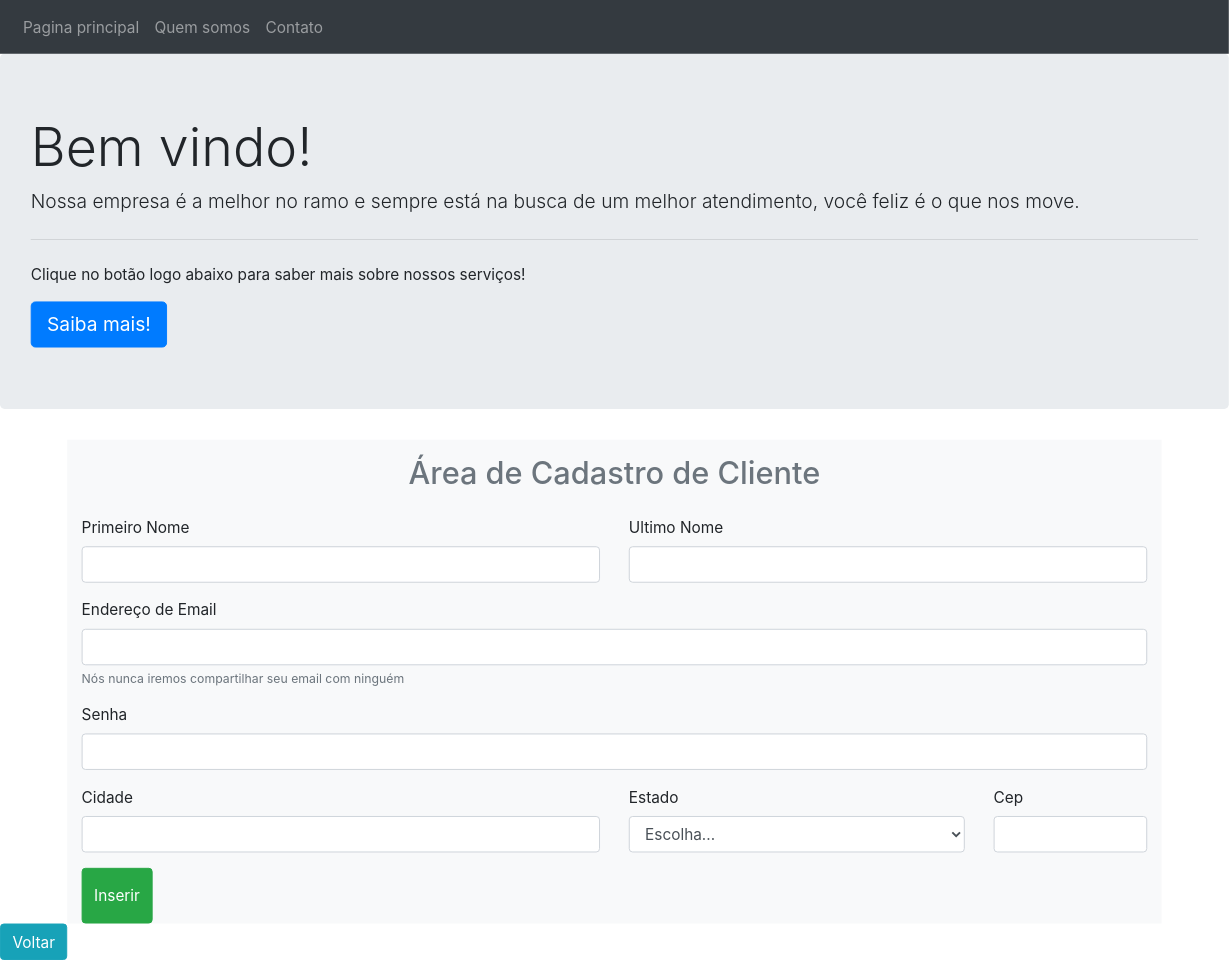
Repository: Ticapril/CRUD-JAVA
Page: http://localhost/CRUD-Java/ListarCliente.jsp
An editor plug-in stored every save of this project. The page is shown before and after the next save, followed by the edit.
The browser window is 1280 px wide. The pictures show the whole page, at 96% of full size.
The page is served by Tomcat 9.

Above is the page before, as saved 2020-11-23 22:04:22.

After the next save:
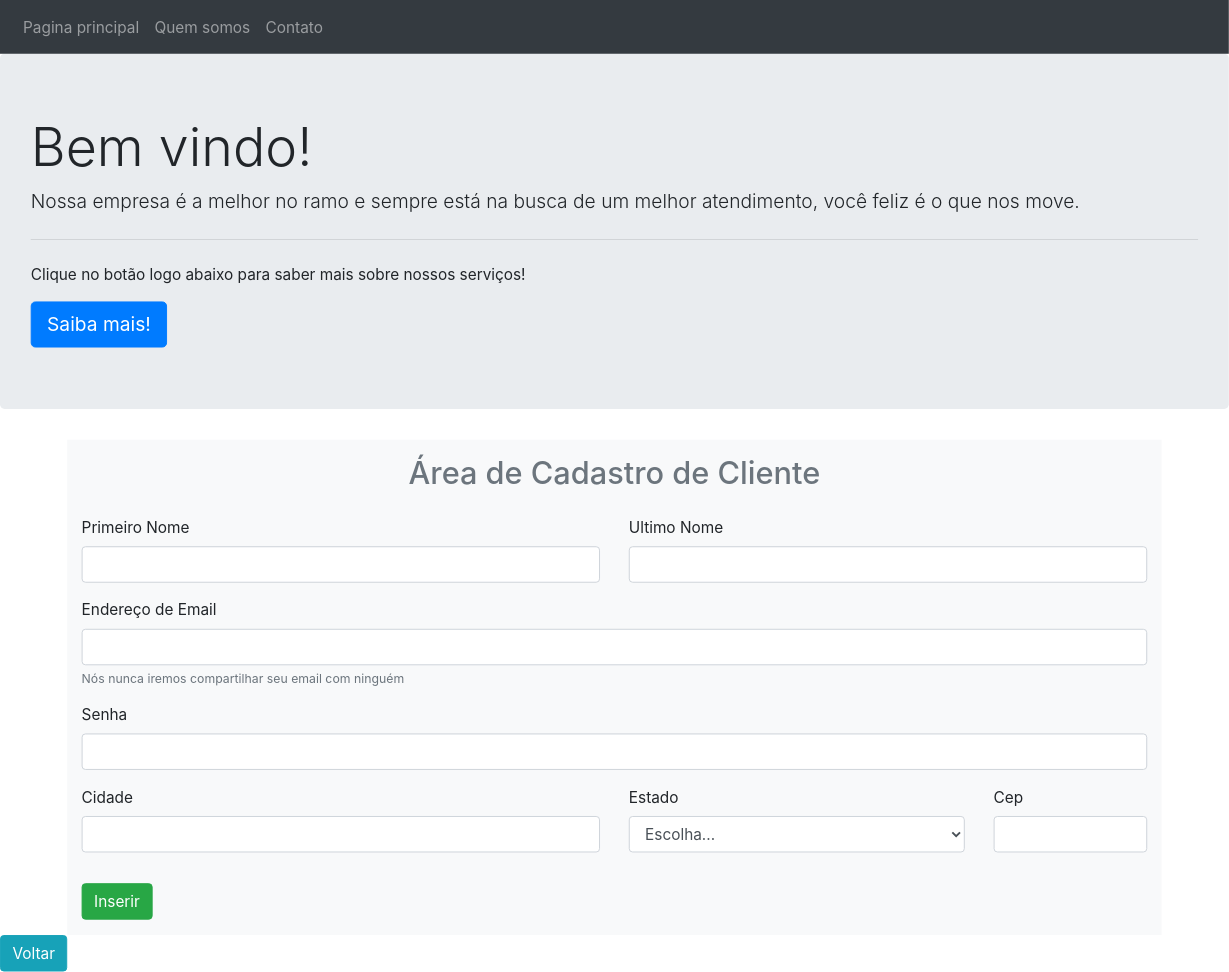
Saved 14 s later.
--- a/CRUD-Java/WebContent/ListarCliente.jsp
+++ b/CRUD-Java/WebContent/ListarCliente.jsp
@@ -95,7 +95,7 @@
 				</div>
 
 			</div>
-			<input type="submit" value="Inserir" class="btn btn-success pb-3 pt-3">
+			<input type="submit" value="Inserir" class="btn btn-success mb-3 mt-3">
 
 			</form>
 
